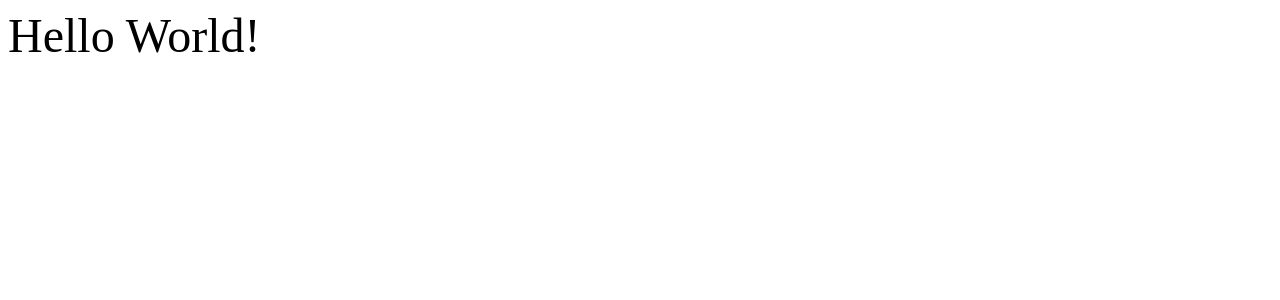
Repository: levi-putna/JettyQuickStart
Page: http://localhost/www/
The author's editor kept a copy of each file at every save. The page is drawn from the files as they stood at one save, then again after the next save.
The browser window is 1280 px wide. The pictures show the whole page.
The page is served by Tomcat 9.

Above is the page before, as saved 2012-10-12 01:18:15.

### jetty-quickstart/www/index.jsp
<%@ page contentType="text/html; charset=UTF-8" %>
<html>
        <head><title>Hello World JSP Page.</title></head>
        <body>
                <font size="10"><%="Hello World!" %></font>
        </body>
</html>

After the next save:
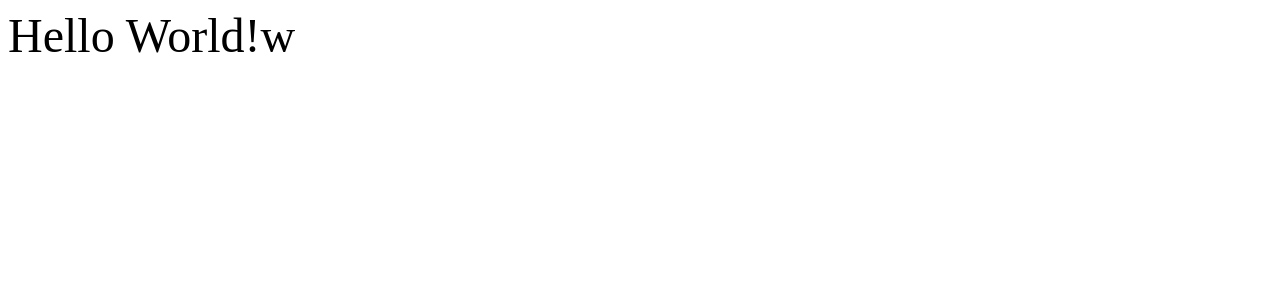
Saved 13 s later.
--- a/jetty-quickstart/www/index.jsp
+++ b/jetty-quickstart/www/index.jsp
@@ -2,6 +2,6 @@
 <html>
         <head><title>Hello World JSP Page.</title></head>
         <body>
-                <font size="10"><%="Hello World!" %></font>
+                <font size="10"><%="Hello World!w" %></font>
         </body>
 </html>
